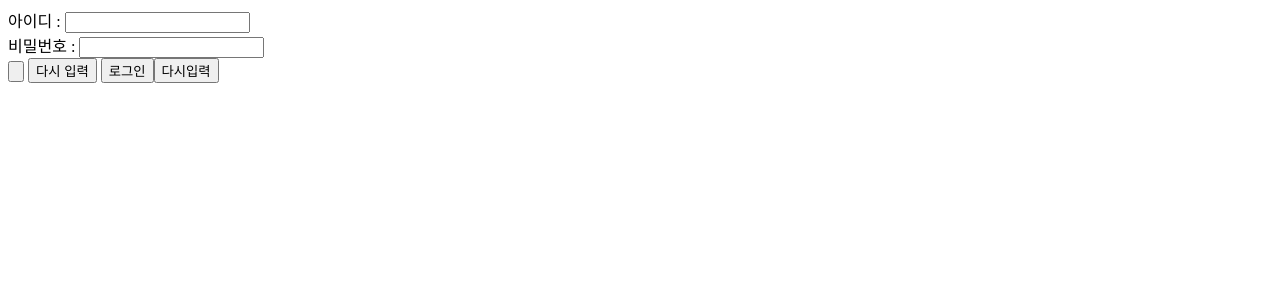
Repository: MyeongHyeonYoo/jsp_data
Page: pro06/src/main/webapp/login2.html
The author's editor kept a copy of each file at every save. The page is drawn from the files as they stood at one save, then again after the next save.
The browser window is 1280 px wide. The pictures show the whole page.

Above is the page before, as saved 2022-12-06 05:15:49.
Console error: TypeError: Cannot read properties of undefined (reading 'user_id')

### pro06/src/main/webapp/login2.html
<!DOCTYPE html>
	<html>
	<head>
	<meta charset="UTF-8">
	<script>
		function fn_validate() {}
		let frmLogin = document.frmLogin;
		let user_id = frmLogin.user_id.value;
		let user_pw = frmLogin.user_pw.value;

		if ((user_id.length == 0 || user_id == "") || (user_pw.length == 0 || user_pw == "")) {
			alert("아이디와 비밀번호는 필수입니다.");
		}
		else {}
		frmLogin.method = "post";
		fromLogin.action = "login5";
		frmLogin.submit();
	</script>

	<title>로그인 창</title>
	</head>
	<body>
		<form name="frmLogin" method="post" action="login" encType="utf-8">
			아이디 : <input type="text" name="user_id"><br>
			비밀번호 : <input type="password" name="user_pw"><br>
			<input type="button" onClick="fn_validate()" value"로그인">
			<input type="reset" value="다시 입력">
			<input type="submit" value="로그인"><input type="reset" value="다시입력">
		</form>
	</body>
</html>

After the next save:
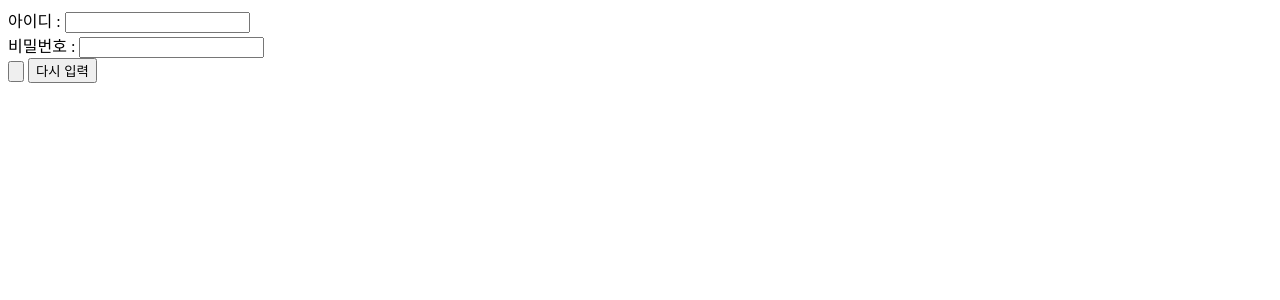
Saved 33 s later.
--- a/pro06/src/main/webapp/login2.html
+++ b/pro06/src/main/webapp/login2.html
@@ -25,7 +25,7 @@
 			비밀번호 : <input type="password" name="user_pw"><br>
 			<input type="button" onClick="fn_validate()" value"로그인">
 			<input type="reset" value="다시 입력">
-			<input type="submit" value="로그인"><input type="reset" value="다시입력">
+			<input type="hidden" name="user_address" value="서울시 성북구">
 		</form>
 	</body>
 </html>
